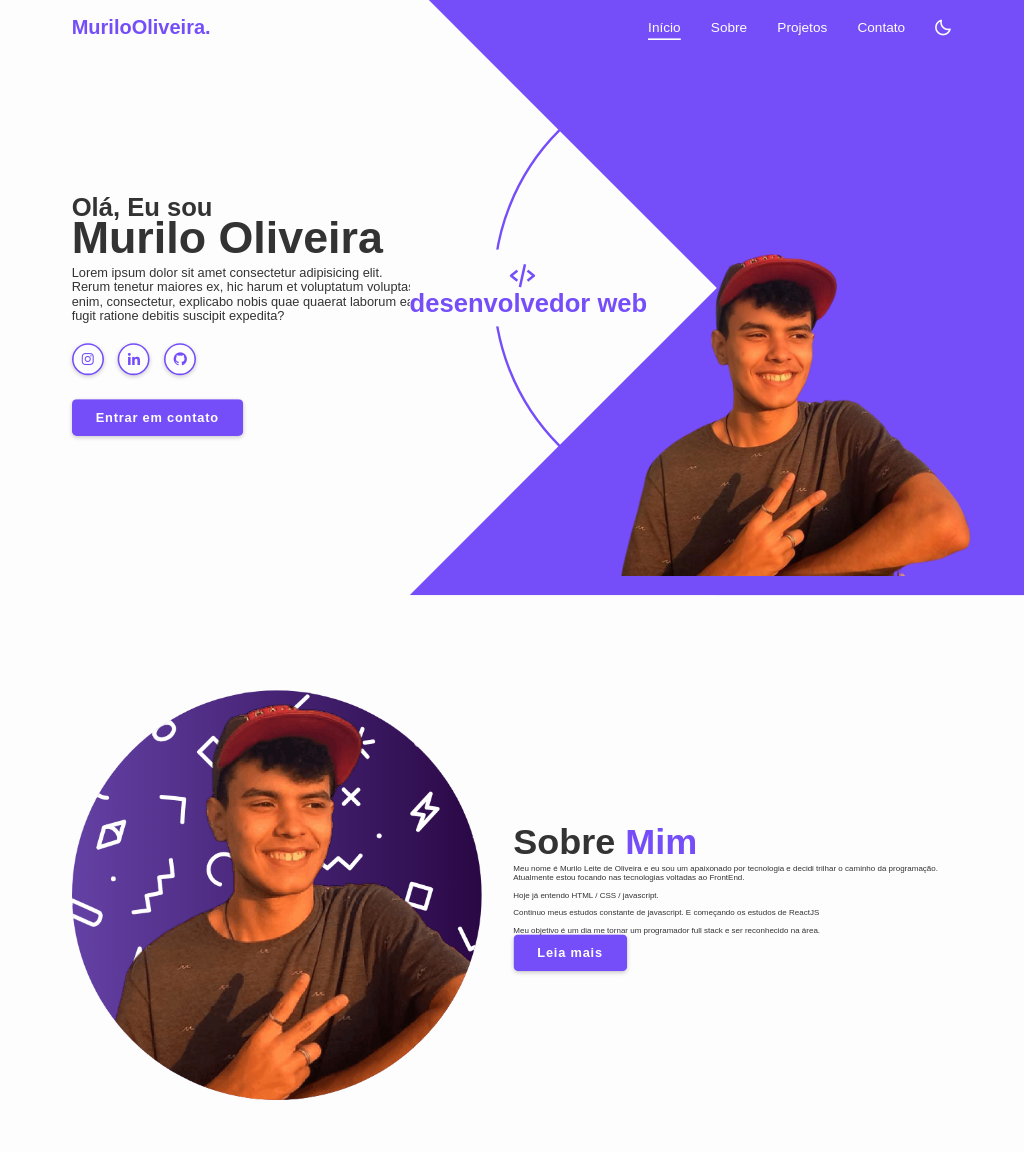
Repository: devMuriloOliveira/Portfolio-
Page: index.html
The author's editor kept a copy of each file at every save. The page is drawn from the files as they stood at one save, then again after the next save.
The browser window is 1280 px wide. The pictures show the whole page, at 80% of full size.
Some web fonts or font styles are not loaded; a fallback is used.

Above is the page before, as saved 2023-03-11 16:10:45.

After the next save:
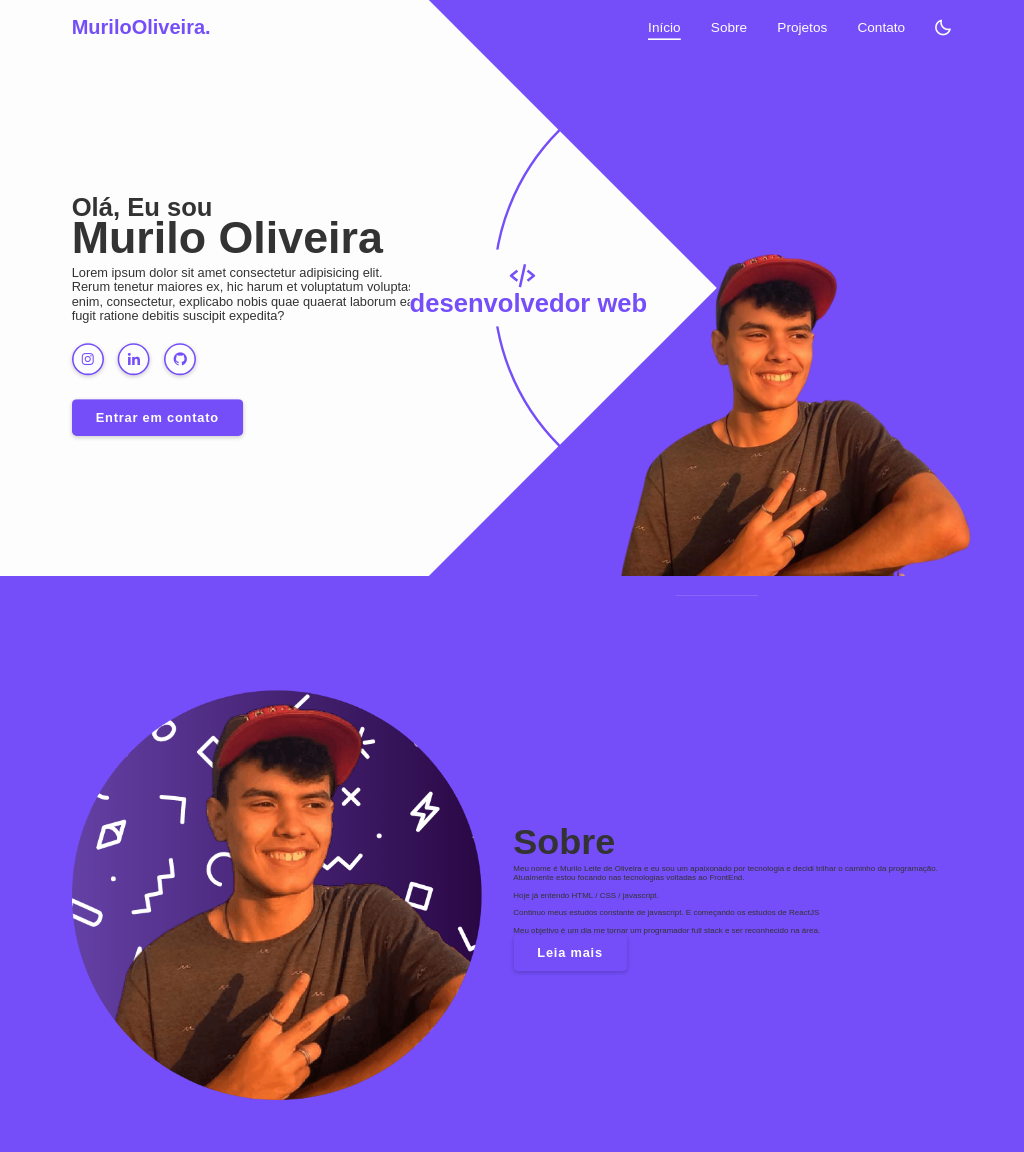
Saved 19 s later.
--- a/style.css
+++ b/style.css
@@ -236,6 +236,7 @@
   justify-content: center;
   align-items: center;
   gap: 4rem;
+  background: #754ef9;
 }
 
 .sobre-img img{

After the save that followed:
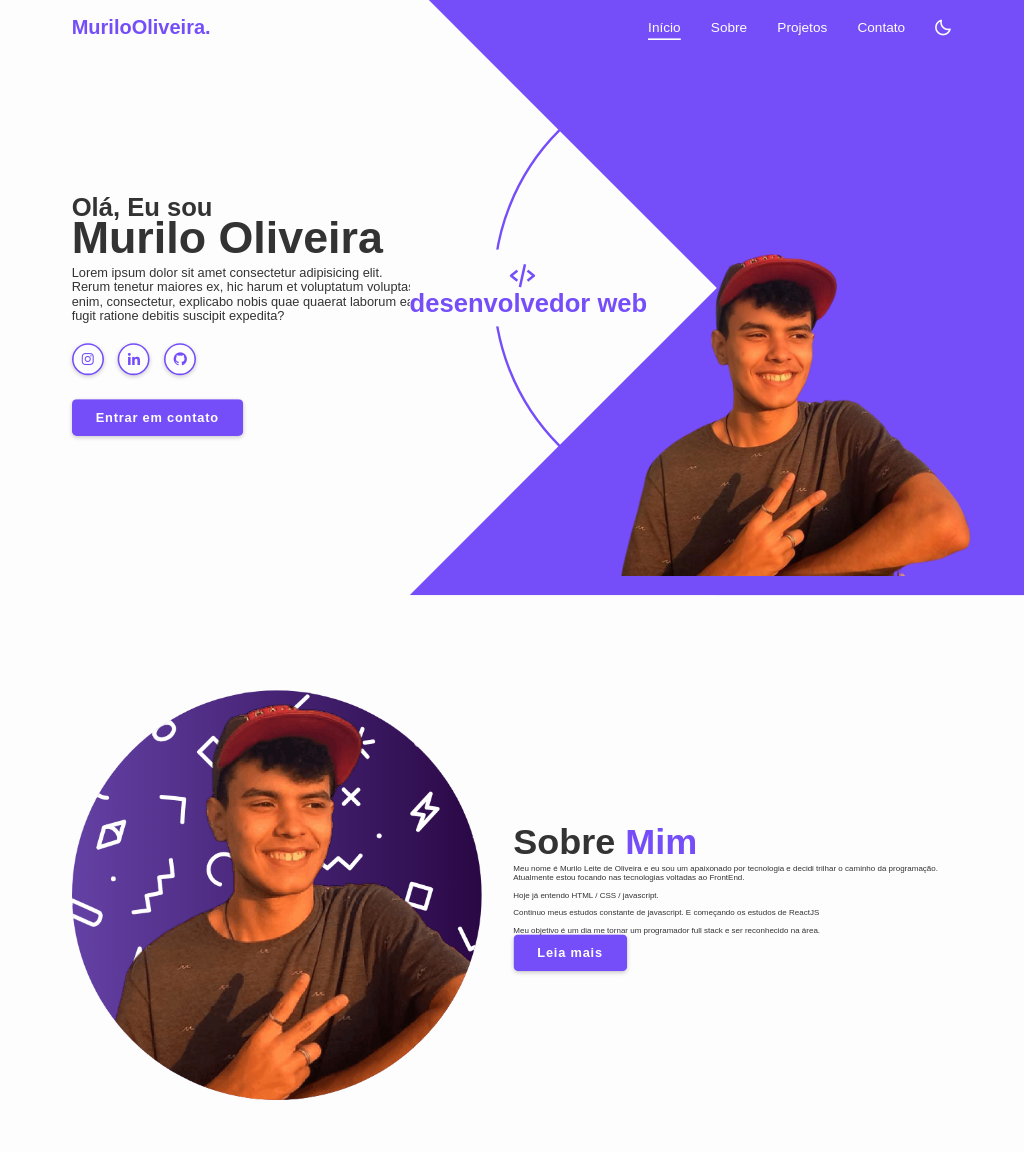
Saved 16 s later.
--- a/style.css
+++ b/style.css
@@ -236,7 +236,6 @@
   justify-content: center;
   align-items: center;
   gap: 4rem;
-  background: #754ef9;
 }
 
 .sobre-img img{
